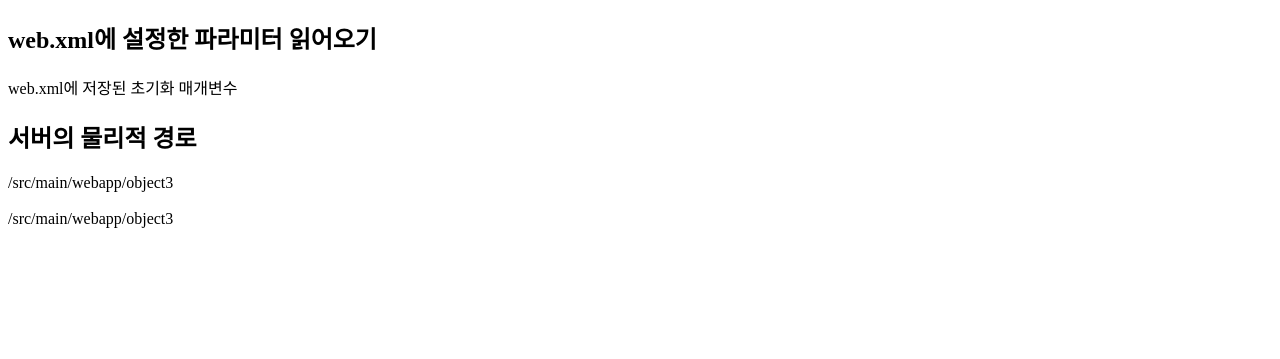
Repository: parkblacksheep/JSP-Servlet
Page: http://localhost/HelloJSP2_2/object3/applicationMain.jsp
The author's editor kept a copy of each file at every save. The page is drawn from the files as they stood at one save, then again after the next save.
The browser window is 1280 px wide. The pictures show the whole page.
The page is served by Tomcat 9.

Above is the page before, as saved 2024-07-25 06:29:53.

### HelloJSP2_2/src/main/webapp/object3/applicationMain.jsp
<%@ page language="java" contentType="text/html; charset=UTF-8"
    pageEncoding="UTF-8"%>
<%!
	public String useObject(){
		return this.getServletContext().getRealPath("object3");
	}
%>
<!DOCTYPE html>

<html>
	<head>
		<meta charset="UTF-8">
		<title>Insert title here</title>
	</head>

	<body>
		<h2>web.xml에 설정한 파라미터 읽어오기 </h2>
		<%= application.getInitParameter("INIT_PARAM") %>

		<h2>서버의 물리적 경로</h2>
		<%= application.getRealPath("object3") %>
		<br><br>
		<%= useObject() %>
	</body>
</html>

After the next save:
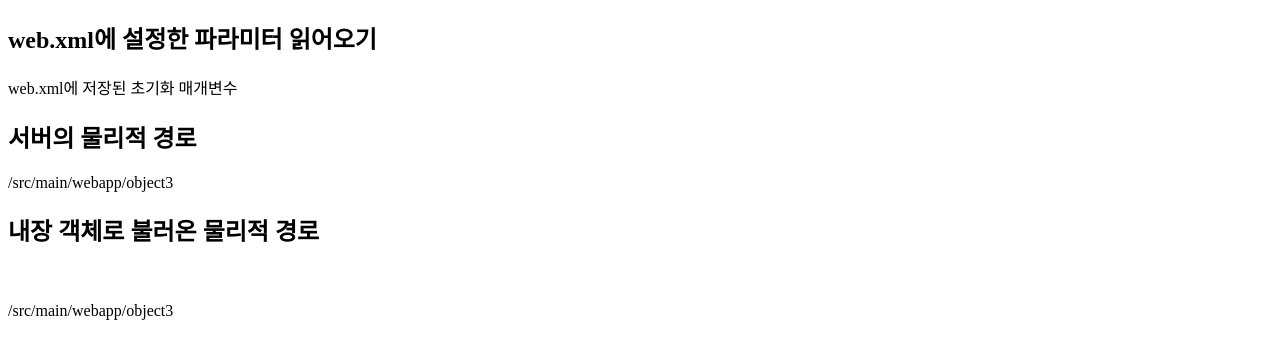
Saved 21 s later.
--- a/HelloJSP2_2/src/main/webapp/object3/applicationMain.jsp
+++ b/HelloJSP2_2/src/main/webapp/object3/applicationMain.jsp
@@ -19,6 +19,7 @@
 
 		<h2>서버의 물리적 경로</h2>
 		<%= application.getRealPath("object3") %>
+		<h2>내장 객체로 불러온 물리적 경로</h2>
 		<br><br>
 		<%= useObject() %>
 	</body>
